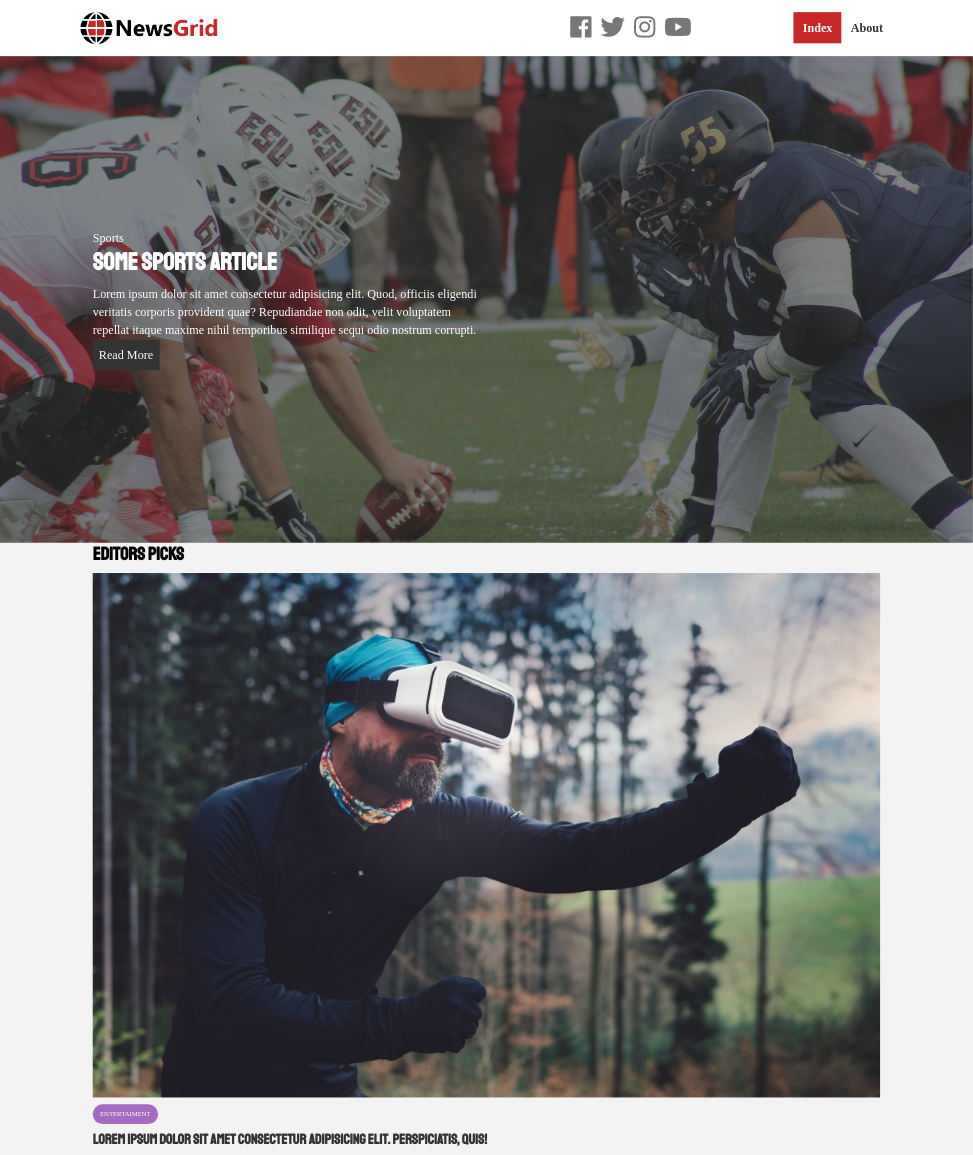
Repository: minhtien9/newsgrid
Page: index.html
The author's editor kept a copy of each file at every save. The page is drawn from the files as they stood at one save, then again after the next save.
The browser window is 1280 px wide. The pictures show the whole page, at 76% of full size.
Some web libraries are served in a nearby version.

Above is the page before, as saved 2021-08-25 21:16:27.

After the next save:
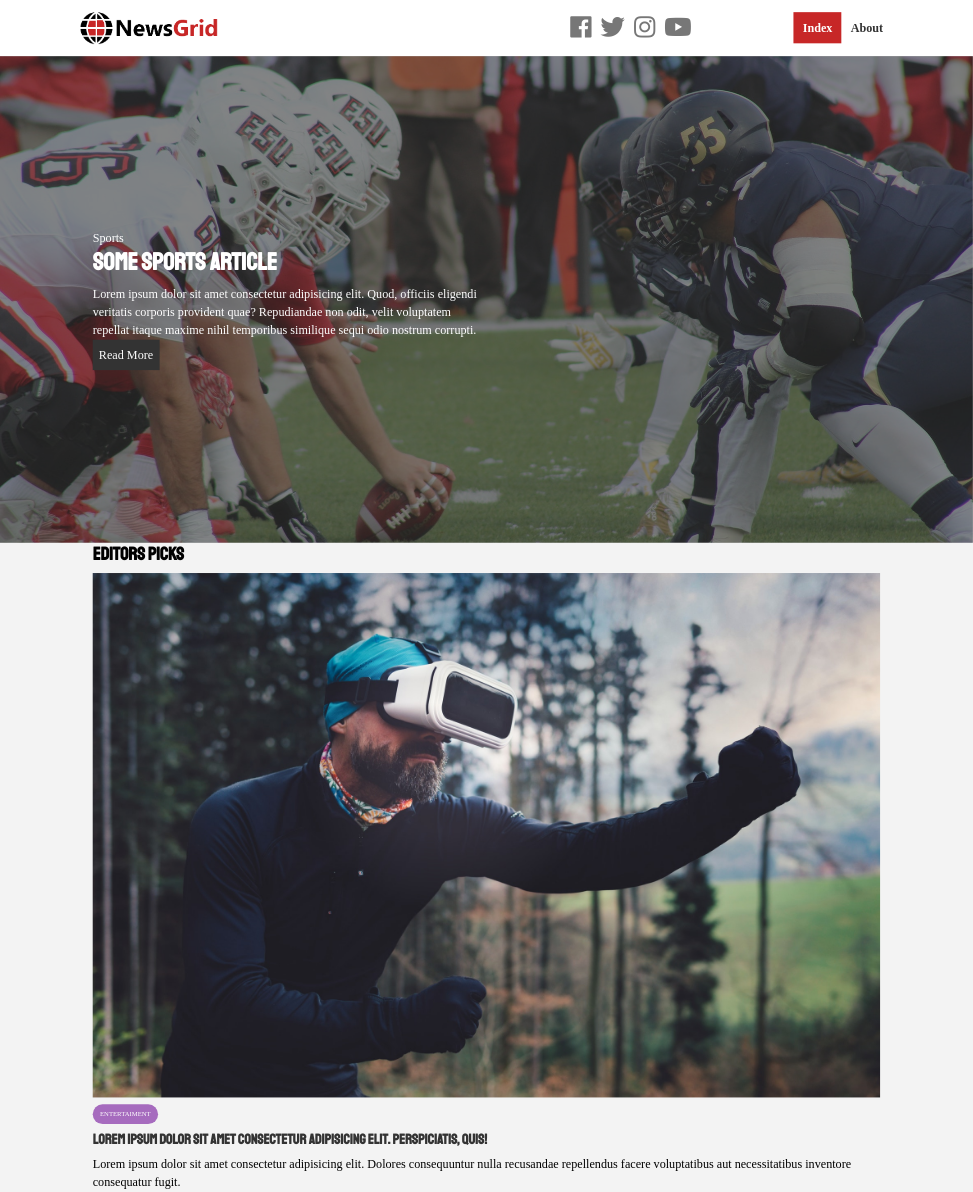
Saved 92 s later.
--- a/index.html
+++ b/index.html
@@ -63,6 +63,7 @@
                     Perspiciatis, quis!</a
                   >
                 </h3>
+                <p>Lorem ipsum dolor sit amet consectetur adipisicing elit. Dolores consequuntur nulla recusandae repellendus facere voluptatibus aut necessitatibus inventore consequatur fugit.</p>
               </div>
         </div>
         </article>
